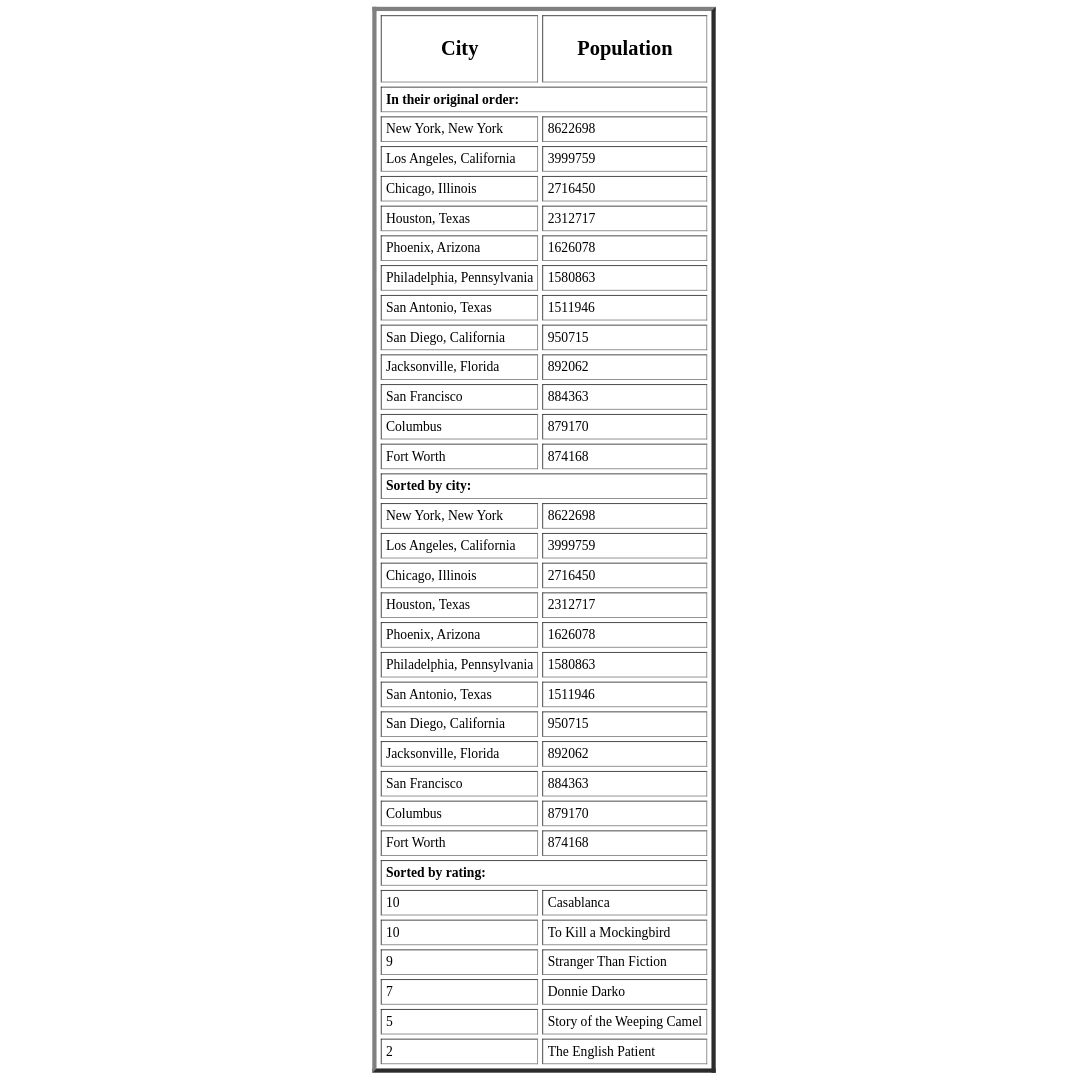
Repository: oduong1/COSW30
Page: http://localhost/homework/hw4/sorting.php
The author's editor kept a record of every edit. The page is drawn from the files as they stood at one moment, then again after the next edit.
The browser window is 1280 px wide. The pictures show the whole page, at 85% of full size.
The page is run by PHP 8.4 with error messages shown; the project is at /var/www/html/.

Above is the page before.

After the next edit:
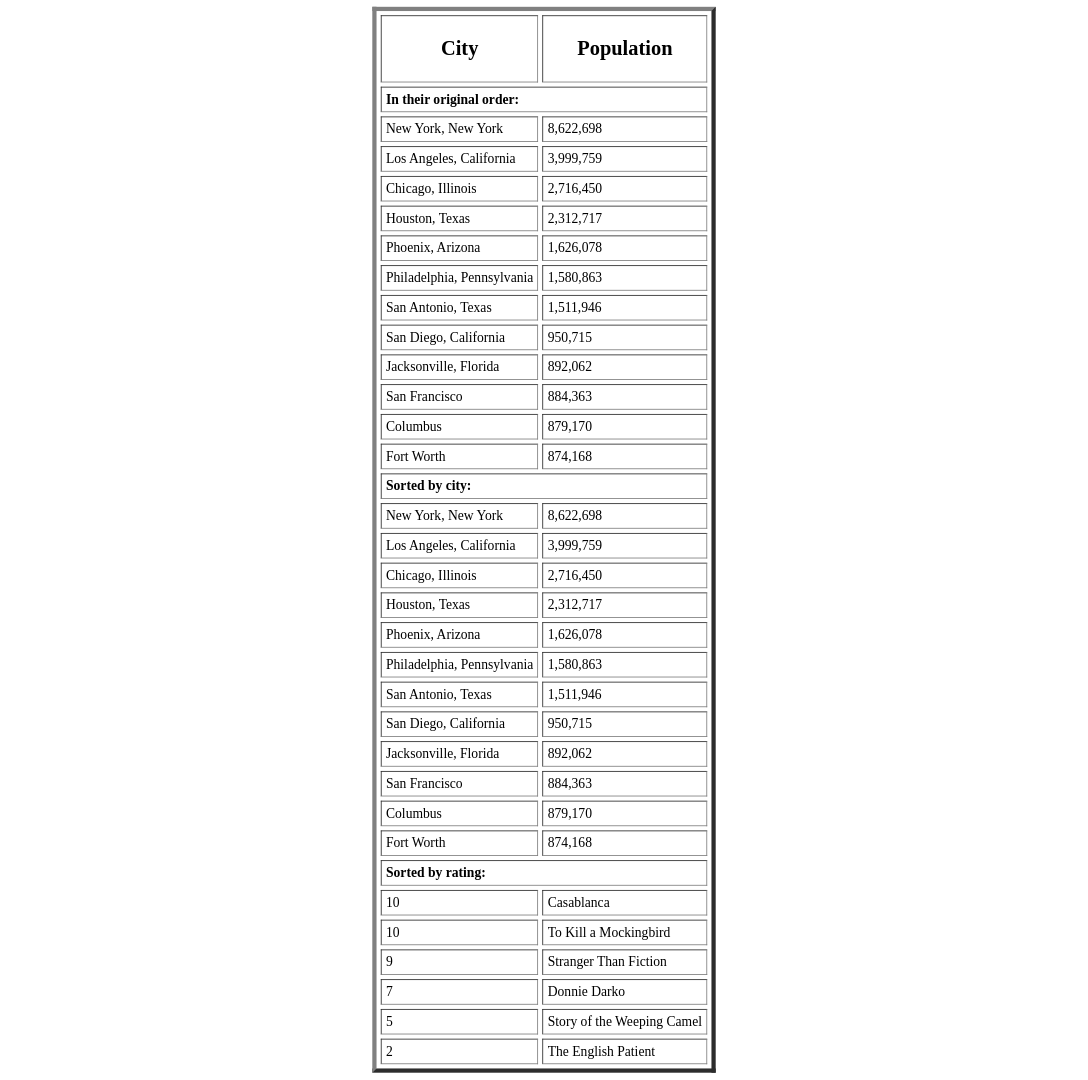
The edit:
--- a/homework/hw4/sorting.php
+++ b/homework/hw4/sorting.php
@@ -16,18 +16,18 @@
 <?php # Script 2.8 - sorting.php
 // Create the array:
         $population = [
-            'New York, New York' => 8622698,
-            'Los Angeles, California' => 3999759,
-            'Chicago, Illinois' => 2716450,
-            'Houston, Texas' => 2312717,
-            'Phoenix, Arizona' => 1626078,
-            'Philadelphia, Pennsylvania' => 1580863,
-            'San Antonio, Texas' => 1511946,
-            'San Diego, California' => 950715,
-            'Jacksonville, Florida' => 892062,
-            'San Francisco' => 884363,
-            'Columbus' => 879170,
-            'Fort Worth' => 874168
+            'New York, New York' => '8,622,698',
+            'Los Angeles, California' =>'3,999,759',
+            'Chicago, Illinois' => '2,716,450',
+            'Houston, Texas' => '2,312,717',
+            'Phoenix, Arizona' => '1,626,078',
+            'Philadelphia, Pennsylvania' => '1,580,863',
+            'San Antonio, Texas' => '1,511,946',
+            'San Diego, California' => '950,715',
+            'Jacksonville, Florida' => '892,062',
+            'San Francisco' => '884,363',
+            'Columbus' => '879,170',
+            'Fort Worth' => '874,168'
         ];
 $movies = [
 	'Casablanca' => 10,
